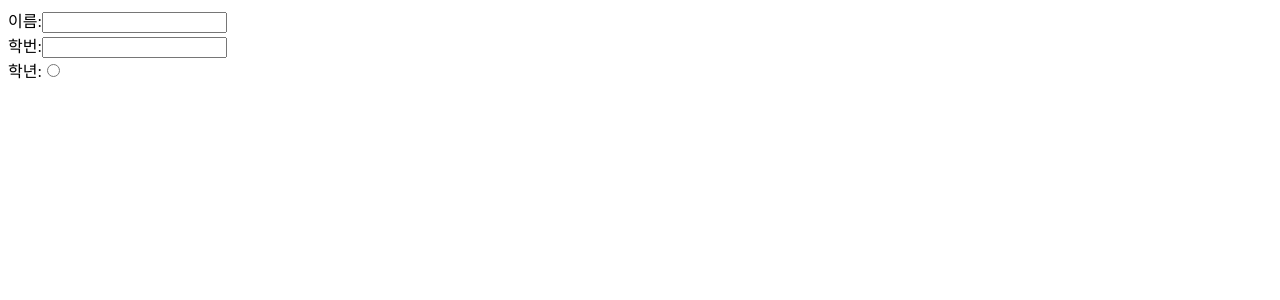
Repository: binkalos/JSP-STUDY
Page: http://localhost/chapter7/requestTestForm.jsp
These files come from the project's save history. The page is drawn as it stood at one moment and after the next save; the edit follows.
The browser window is 1280 px wide. The pictures show the whole page.
The page is served by Tomcat 9.

Above is the page before, as saved 2019-06-14 01:47:12.

### chapter7/WebContent/requestTestForm.jsp
<%@ page language="java" contentType="text/html; charset=UTF-8"
    pageEncoding="UTF-8"%>
<!DOCTYPE html>
<html>
<head>
<meta charset="UTF-8">
<title>Insert title here</title>
</head>
<body>
	<form method="post" action="requestTestProc.jsp">
		이름:<input type="text" name="num"><br>
		학번:<input type="text" name="name"><br>
		학년:<input type="radio" name="gender" value="1"><br>

	</form>
</body>
</html>

After the next save:
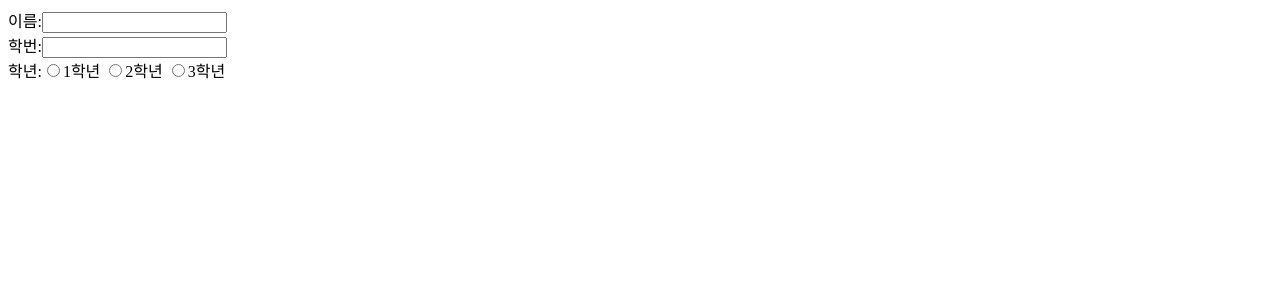
Saved 20 s later.
--- a/chapter7/WebContent/requestTestForm.jsp
+++ b/chapter7/WebContent/requestTestForm.jsp
@@ -10,7 +10,9 @@
 	<form method="post" action="requestTestProc.jsp">
 		이름:<input type="text" name="num"><br>
 		학번:<input type="text" name="name"><br>
-		학년:<input type="radio" name="gender" value="1"><br>
+		학년:<input type="radio" name="gender" value="1">1학년
+			<input type="radio" name="gender" value="2">2학년
+			<input type="radio" name="gender" value="3">3학년<br>
 
 	</form>
 </body>
